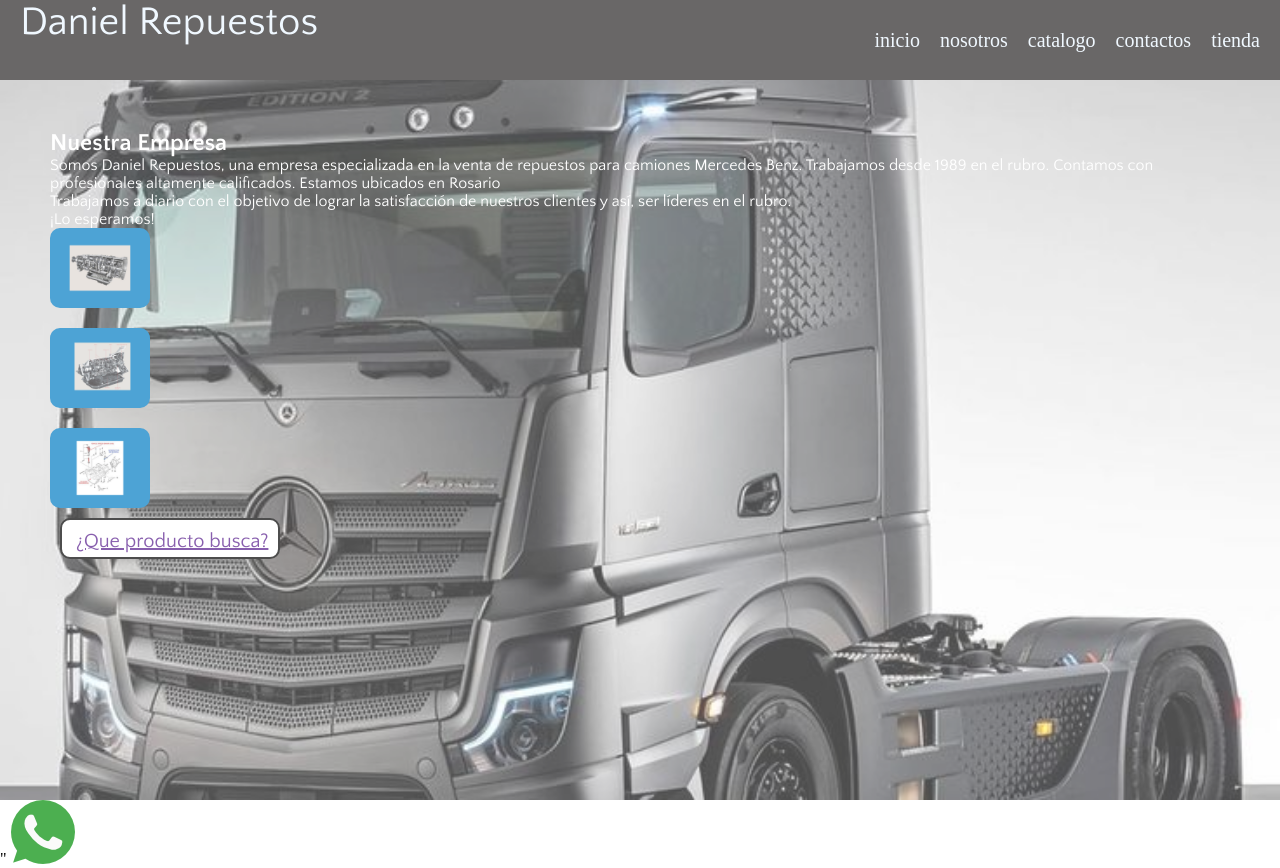
Repository: minesterani/proyecto-caja
Page: pages/nosotros.html
An editor plug-in stored every save of this project. The page is shown before and after the next save, followed by the edit.
The browser window is 1280 px wide. The pictures show the whole page.

Above is the page before, as saved 2024-09-18 12:18:30.

After the next save:
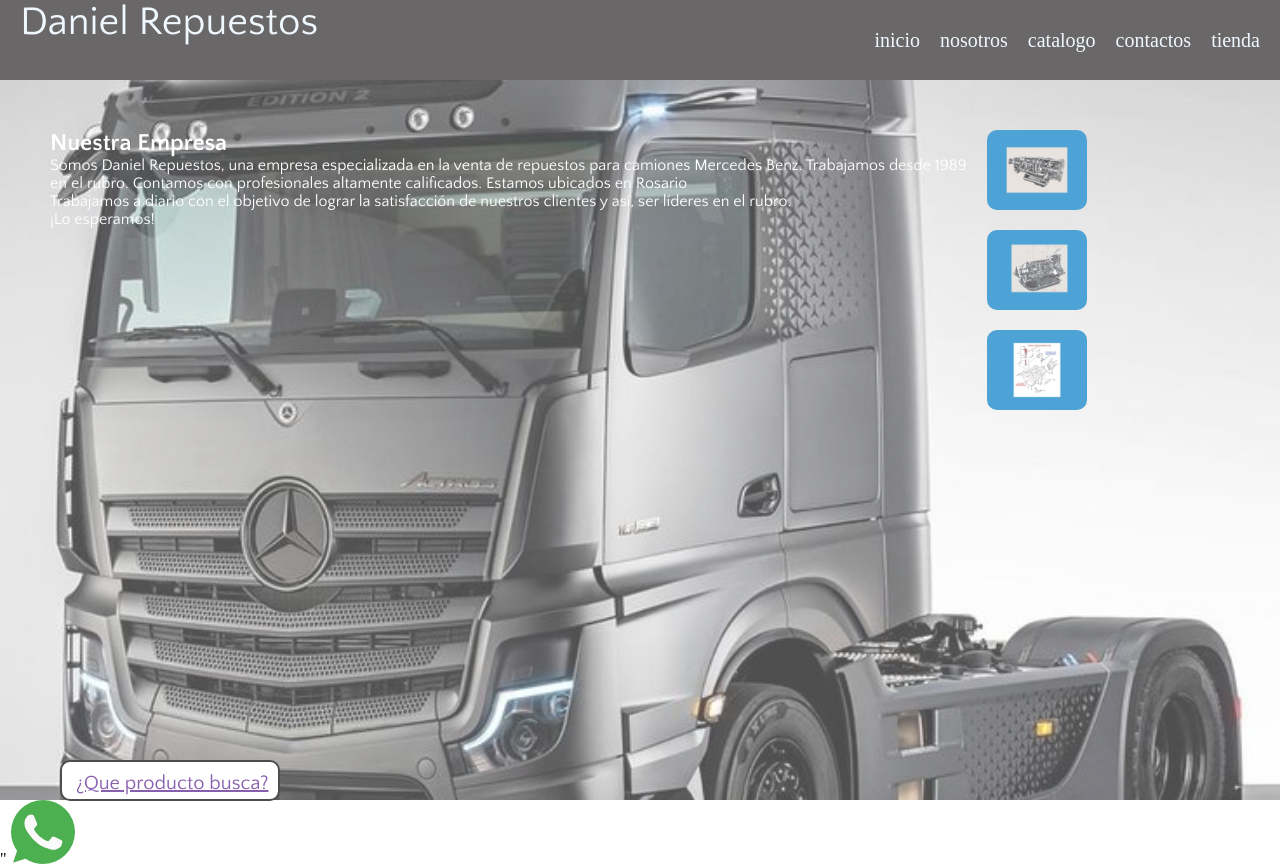
Saved 2 min 57 s later.
--- a/pages/nosotros.html
+++ b/pages/nosotros.html
@@ -24,7 +24,7 @@
     </header>
     <main>
         <section class="section-nosotros">
-            <div class="contenido-nosotros">
+            <div class="container-nosotros">
                 <div class="texto nosotros">
                     <h2>Nuestra Empresa</h2>
                     <p>Somos Daniel Repuestos, una empresa especializada en la venta de repuestos para camiones Mercedes Benz. Trabajamos desde 1989 en el rubro. Contamos con profesionales altamente calificados. Estamos ubicados en Rosario</p>
